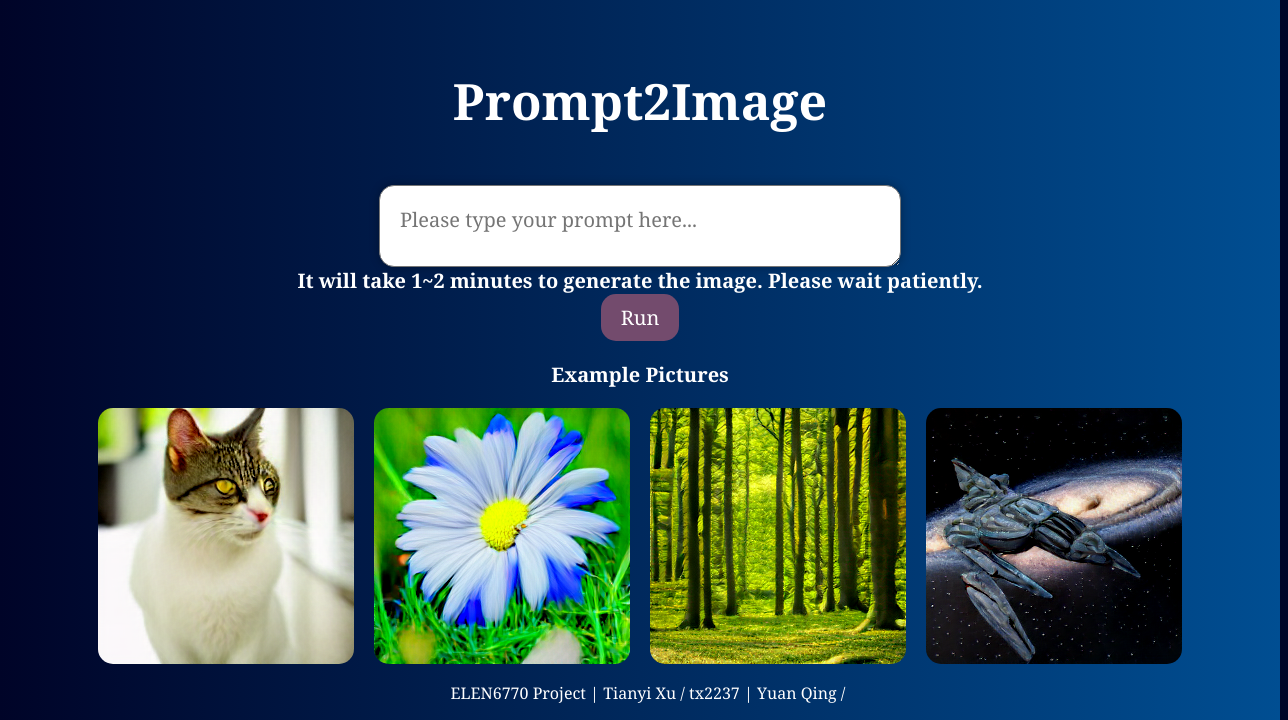
Repository: XTTTZ/Prompt2Image
Page: main4.html
These files come from the project's save history. The page is drawn as it stood at one moment and after the next save; the edit follows.
The browser window is 1280 px wide. The page is 1288 px wide, so the pictures cover 1288 px, including what lies to the right of the window. The pictures show the whole page.
The page's requests for data from a server got no answer.

Above is the page before, as saved 2023-12-01 02:21:17.

After the next save:
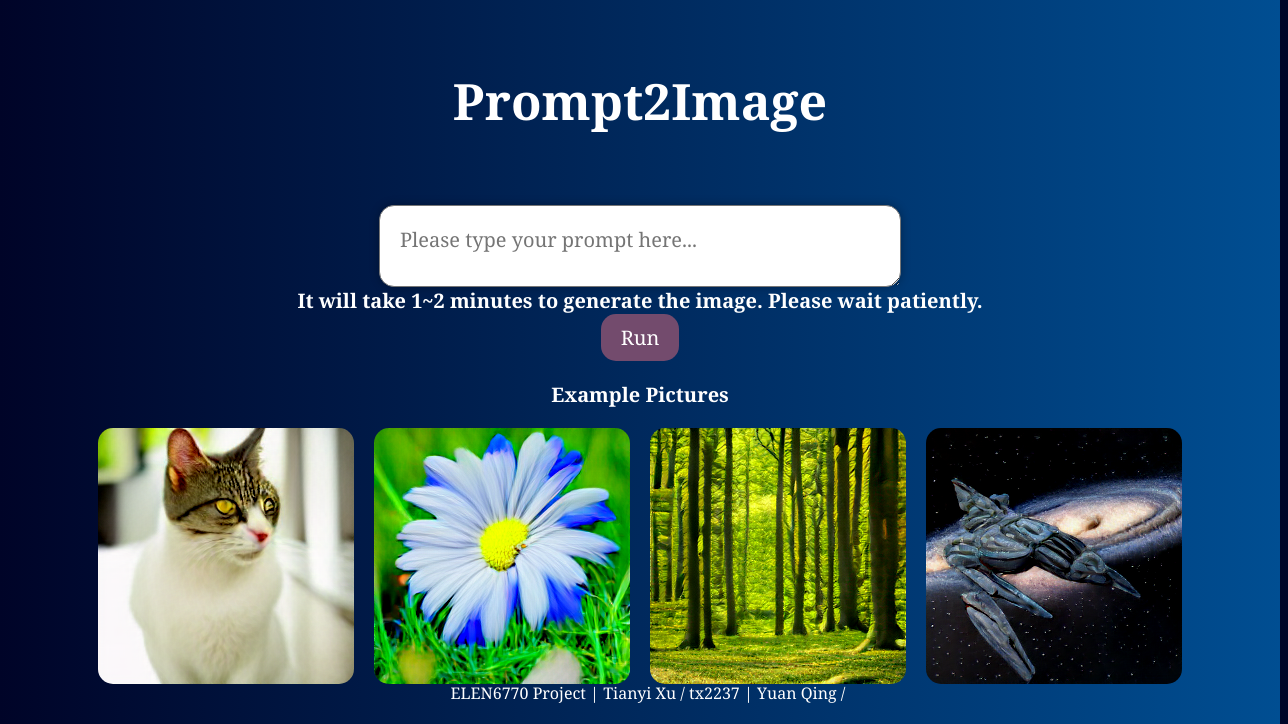
Saved 19 s later.
--- a/main4.html
+++ b/main4.html
@@ -42,6 +42,7 @@
             height: 100%;
             /* 根据需要设置高度 */
             font-size: 20px;
+            margin: 1em;
         }
 
         label {
